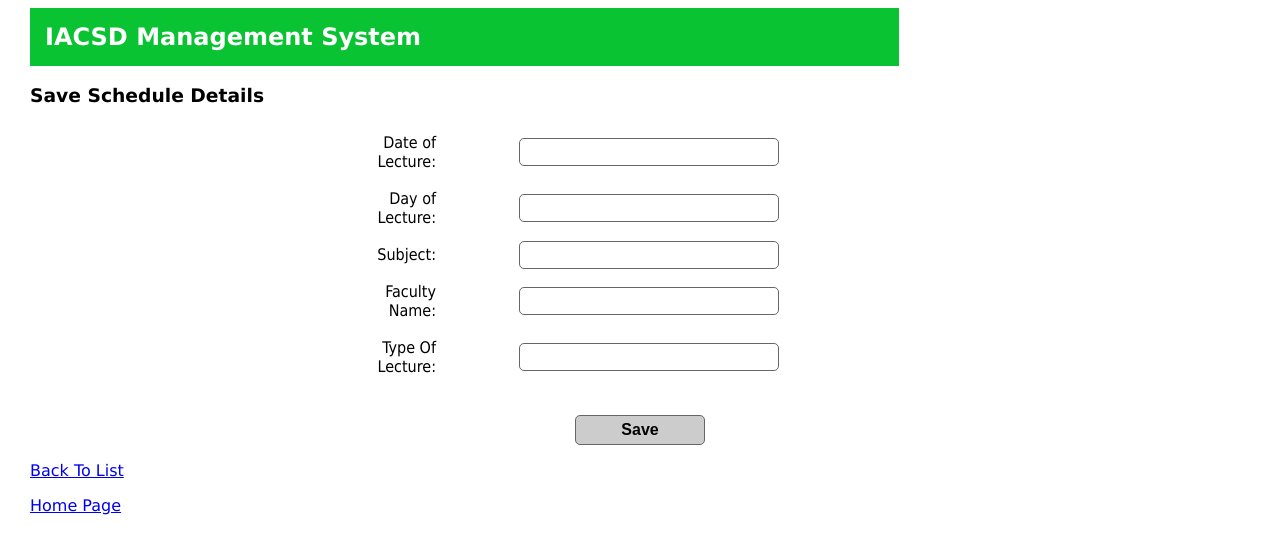
Repository: vsc8791/IMS
Page: http://localhost/web-customer-tracker/WEB-INF/view/schedule-form.jsp
The author's editor kept a copy of each file at every save. The page is drawn from the files as they stood at one save, then again after the next save.
The browser window is 1280 px wide. The pictures show the whole page.
The page is served by Tomcat 9. Nobody is signed in. The template is opened directly, without the code that normally fills it, so the values that code supplies are empty.

Above is the page before, as saved 2018-07-28 05:25:15.

After the next save:
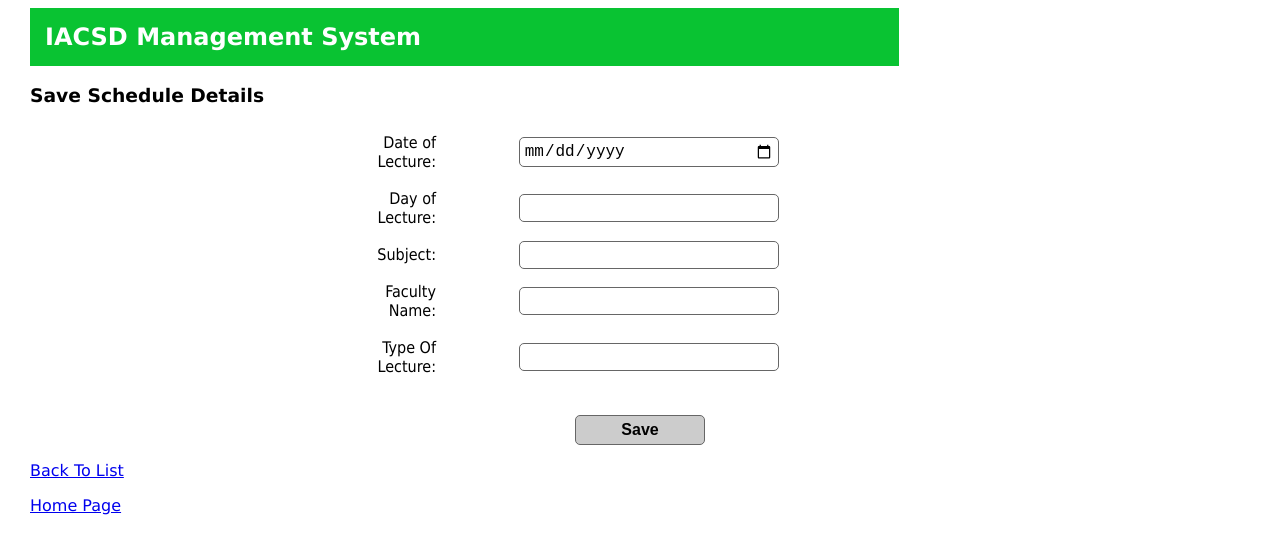
Saved 31 s later.
--- a/web-customer-tracker/WebContent/WEB-INF/view/schedule-form.jsp
+++ b/web-customer-tracker/WebContent/WEB-INF/view/schedule-form.jsp
@@ -28,7 +28,7 @@
 				<tbody>
 					<tr>
 						<td><label>Date of Lecture:</label></td>
-						<td><form:input path="date_of_lecture" type="calendar" /></td>
+						<td><form:input path="date_of_lecture" type="date" /></td>
 					</tr>
 					<tr>
 						<td><label>Day of Lecture:</label></td>
